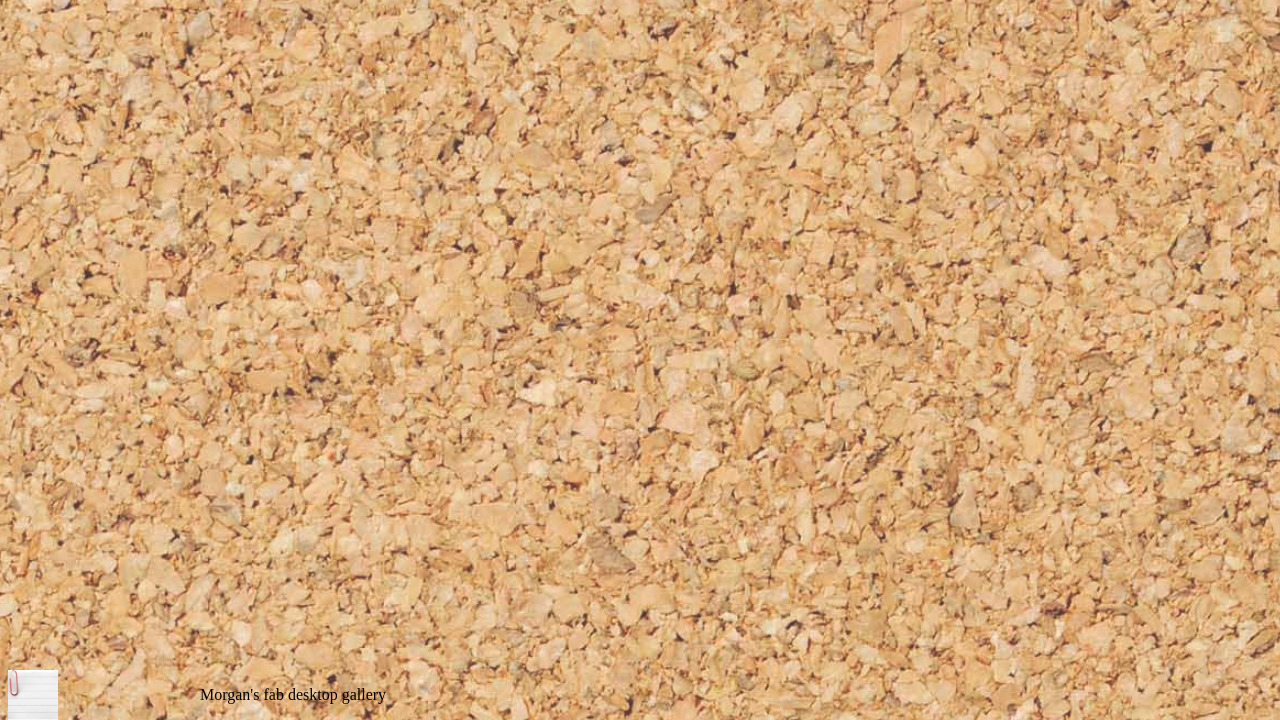
Repository: mh223ja/1dv403project
Page: index.html
The author's editor kept a record of every edit. The page is drawn from the files as they stood at one moment, then again after the next edit.
The browser window is 1280 px wide. The pictures show the whole page.

Above is the page before.

### index.html
<!DOCTYPE html>
<html>
<head>
    <title> "My Big Project" </title>
    <link rel="stylesheet" type= "text/css" href="style.css" />
</head>
<body>
    <div id="container"></div>
    <script src ="desktop.js"></script>
</body>
<footer>
    <div id="footer"></div>
</footer>
</html>

### style.css
body {
   background-image: url("pics/desktop.jpg");
}

.thumbDiv{
    background-color: #FFF;
}

.iconSettings {
    width: 50px;
    height: 50px;
    position: absolute;
    bottom: 0px;
}

.textSettings {
    position: absolute;
    bottom: 0px;
    left: 200px;
}

### desktop.js
/*global*/
"use strict";
var Project = {

    thumbImages: [],
    background: null,
    windowDiv:undefined,
    container: undefined,
    //thumbImg: undefined,
    counter:0,

    init: function() {
        console.log("hi");
       Project.renderDesktop(); //initialize and set up desktop
       //Project.renderWindow();
       //Project.getImages();
        //Project.changeImage();
    },


    renderDesktop: function() {

        //set up basic desktop layout with icon at bottom

        var footer = document.getElementById("footer");

        var iconDiv = document.createElement("div");
        footer.appendChild(iconDiv);

        var iconImage = document.createElement("img");
        iconImage.setAttribute("src", "pics/icon.jpg");
        iconImage.className = "iconSettings";
        //iconDiv.appendChild(iconImage);

        var iconInfo = document.createElement("a");
        iconInfo.setAttribute("href", "#");
        //iconInfo.addEventListener("click", Project.renderWindow());
        //iconImage.appendChild(imageInfo);
        iconInfo.appendChild(iconImage);
        iconDiv.appendChild(iconInfo);


        var desktopText = document.createElement("p");
        desktopText.className = "textSettings";
        footer.appendChild(desktopText);
        desktopText.innerHTML = "Morgan's fab desktop gallery";

        //adds window on icon click

        iconImage.onclick = function(){
            Project.counter++;
            if(Project.counter>1){
                return false;
            }

           Project.renderWindow();



        };
    },

    renderWindow: function() {
        console.log("here");

        //var windowDiv = window.open("toolbar = no, location = no, status = no, menubar = no, scrollbars=yes, resizable=yes, width = 40%, height = 40%");

        var imageContainer = document.getElementById("container");


        Project.windowDiv = document.createElement("div");
        Project.windowDiv.setAttribute("Id", "windowDiv");
        imageContainer.appendChild(Project.windowDiv);

        var windowHeader = document.createElement("div");
        windowHeader.setAttribute("Id", "windowHeader");
        Project.windowDiv.appendChild(windowHeader);

        var headerText = document.createElement("p");
        headerText.setAttribute("Id", "headerText");
        windowHeader.appendChild(headerText);
        headerText.innerHTML = "Image Viewer";

        var closeWindow = document.createElement("a");
        closeWindow.setAttribute("href", "#");
        closeWindow.onclick= function(){
            Project.counter = 0;
            imageContainer.removeChild(Project.windowDiv);
        };

        var headerImage = document.createElement("img");
        headerImage.setAttribute("src", "pics/windows_close_program_98973.jpg");
        headerImage.setAttribute("Id", "headerImage");
        //closeWindow.addEventListener("click", function() {
            //imageContainer.removeChild(Project.windowDiv);
      //  });
       //headerImage.appendChild(closeWindow);

       /* closeWindow.onclick= function(){
            imageContainer.removeChild(Project.windowDiv);
        };*/


        var loadingImg =document.createElement("img");
        loadingImg.setAttribute("src", "pics/loading2.gif");
        loadingImg.setAttribute("Id", "loadingImg");

        windowHeader.appendChild(loadingImg);
        windowHeader.appendChild(headerImage);
        headerImage.appendChild(closeWindow);


        console.log("there");

        Project.getImages();

    },

     getImages: function() {
         console.log("you");
        var xhr= new XMLHttpRequest();
       // xhr.open('GET', "http://homepage.lnu.se/staff/tstjo/labbyServer/imgviewer/", true);
       // xhr.send(null);
        //xhr.setRequestHeader("content-type", "application/json");
         xhr.addEventListener("readystatechange", function() {
            console.log(xhr.readyState);
        }, false);
        xhr.onreadystatechange = function(e){
            console.log("are");
            if(xhr.readyState == 4){
                console.log(xhr.status);
                if(xhr.status == 200){
                    console.log(xhr.responseText);
                    Project.thumbImages = JSON.parse(xhr.responseText);
                    console.log(Project.thumbImages);
                    console.log("here");
                    Project.displayImages();
               }
                }
            };
        xhr.open('GET', "http://homepage.lnu.se/staff/tstjo/labbyServer/imgviewer/", true);
        xhr.send(null);
        },

        displayImages: function(){
            console.log("Displayimages");
            console.log(Project.thumbImages);

            var imageMaxWidth = 0;
            var imageMaxHeight = 0;
            var thumbImageInfo;
            var setImageLink;
            var thumbImg;
            var thumbDiv;
             for(var i = 0; i<Project.thumbImages.length;i++){
                        thumbImageInfo=Project.thumbImages[i];
                        thumbImageInfo.i = i;

                        console.log(thumbImageInfo.thumbWidth);
                        thumbDiv = document.createElement("div");
                        thumbDiv.setAttribute("Id", "thumbDiv");
                        thumbImg = document.createElement("img");
                        thumbImg.setAttribute("src", thumbImageInfo.thumbURL);
                        //thumbImg.addEventListener(MouseEvent.Click, Project.changeDesktop(this.i));
                        //thumbImg.style.maxWidth=thumbImageInfo.thumbWidth;
                        //thumbImg.style.maxHeight=thumbImageInfo.thumbHeight;
                        Project.windowDiv.appendChild(thumbDiv);
                        thumbDiv.appendChild(thumbImg);

                        setImageLink = document.createElement("a");
                        setImageLink.setAttribute("href", "#");
                        //setImageLink.url=Project.thumbImages[i].URL;
                        //setImageLink.onClick(Project.changeBackground);
                        console.log(setImageLink);
                        //setImageLink.addEventListener("click", function(e){
                            //Project.changeDesktop(thumbImg);

                        thumbImg.appendChild(setImageLink);
                       Project.changeDesktop(Project.thumbImages[i].URL, setImageLink);

                       }

                       Project.addOnClick(thumbImg);

             },
              // Project.addOnClick();


       addOnClick: function(){
            var clickDiv = document.getElementById("thumbDiv");
            console.log(clickDiv.a);
            var link = clickDiv.a;
            link.onmousedown = function(){
                Project.changeDesktop();


            };



            //var link = document.getElementById("imageDiv");
           // switchImages.onclick= function(){
             //   document.getElementById("container").style.backgroundImage = "url('clickImage.URL')";


       },



        changeDesktop: function(image, link){

            console.log(image);
            link.onclick=function(){
            document.getElementById("container").style.background="url(" + image + ")";
           //var desktopContainer= document.getElementById("container");
            //var chosenThumbUrl = thumbImageInfo.URL;
           // console.log(chosenThumbUrl) ;

           // desktopContainer.style.backgroundImage="url("chosenThumbUrl")";

            };
}
};



window.onload = Project.init;

After the next edit:
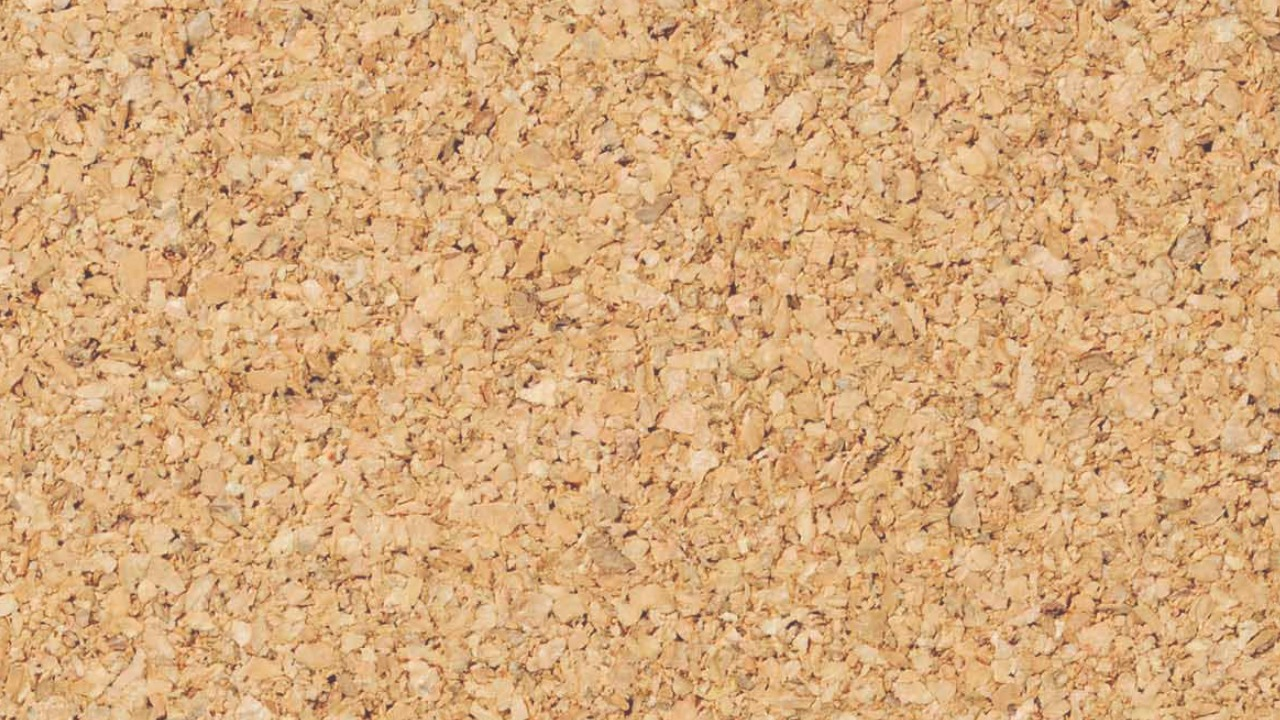
Console error: SyntaxError: Invalid or unexpected token
The edit:
--- a/desktop.js
+++ b/desktop.js
@@ -186,7 +186,7 @@
               // Project.addOnClick();
 
 
-       addOnClick: function(){
+      /* addOnClick: function(){
             var clickDiv = document.getElementById("thumbDiv");
             console.log(clickDiv.a);
             var link = clickDiv.a;

After the 2 edits that followed:
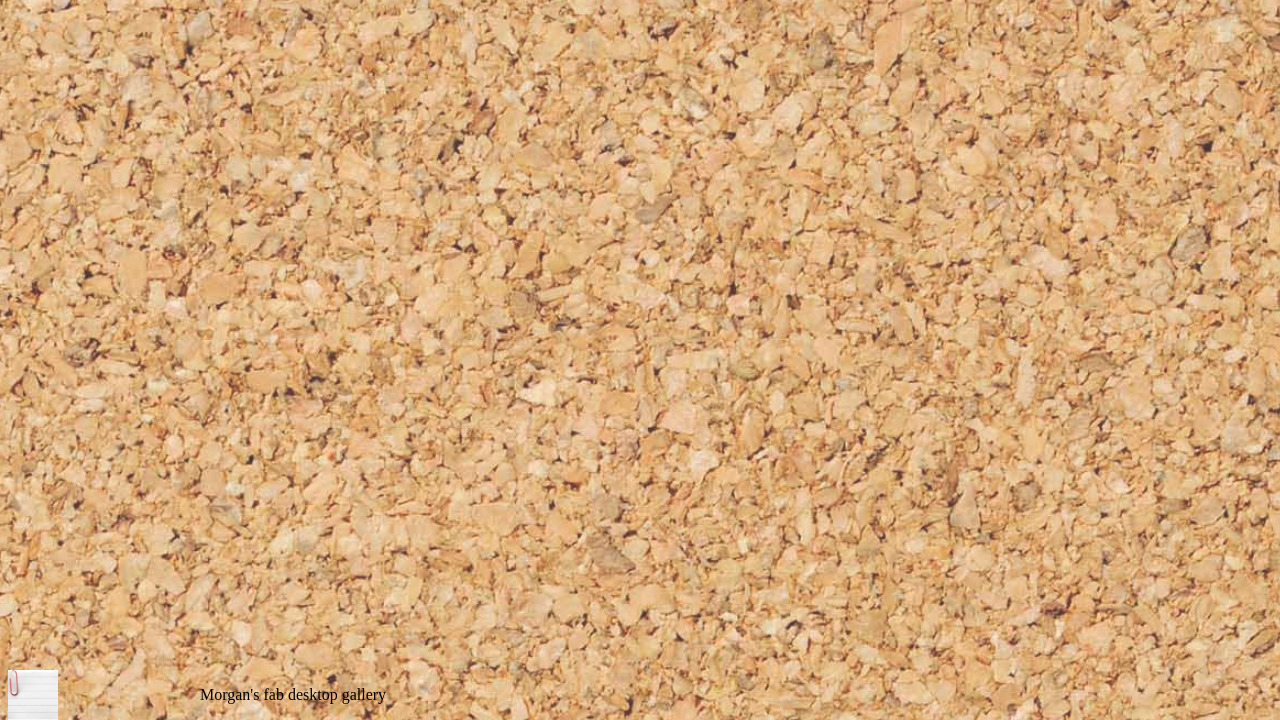
The error is gone.
The 2 edits are shown as one change because 1 left the picture as it was.
The edit:
--- a/desktop.js
+++ b/desktop.js
@@ -194,7 +194,7 @@
                 Project.changeDesktop();
 
 
-            };
+            };*/
 
 
 
@@ -203,7 +203,7 @@
              //   document.getElementById("container").style.backgroundImage = "url('clickImage.URL')";
 
 
-       },
+
 
 
 
